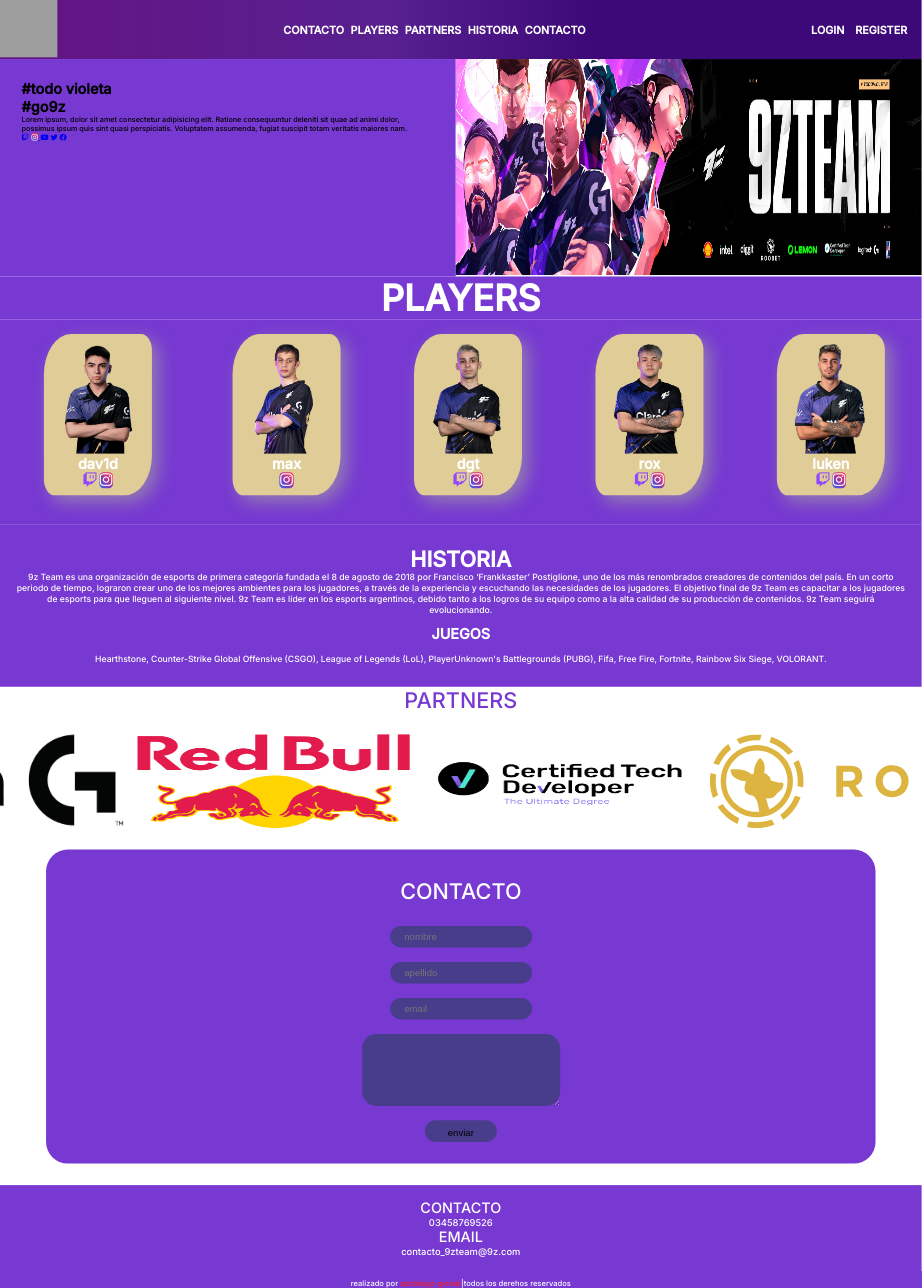
Repository: santig20/trabajo-practico-integrador-nuncba-html-css-
Page: index.html
The author's editor kept a copy of each file at every save. The page is drawn from the files as they stood at one save, then again after the next save.
The browser window is 1280 px wide. The pictures show the whole page, at 72% of full size.
Pictures or frames that could not be fetched are drawn as grey boxes. Some web libraries are served in a nearby version.

Above is the page before, as saved 2022-06-25 10:03:06.

### index.html
<!DOCTYPE html>
<html lang="es">
  <head>
    <meta charset="UTF-8" />
    <meta http-equiv="X-UA-Compatible" content="IE=edge" />
    <meta name="viewport" content="width=device-width, initial-scale=1.0" />
    <link rel="stylesheet" href="./style.css" />
    <link rel="shortcut icon" href="./assets/9zteam_logo - copia.ico" type="image/x-icon">
    <link
    rel="stylesheet"
    href="./table.css"
    media="screen and (min-width: 600px)"
  />
  <link
    rel="stylesheet"
    href="./desktop.css"
    media="screen and (min-width: 800px)"
  />
    <link rel="stylesheet" href="path/to/font-awesome/css/font-awesome.min.css">
    <link rel="stylesheet" href="https://use.fontawesome.com/releases/v5.0.7/css/all.css">
    <link rel="stylesheet" href="https://cdnjs.cloudflare.com/ajax/libs/font-awesome/6.1.1/css/all.min.css" integrity="sha512-KfkfwYDsLkIlwQp6LFnl8zNdLGxu9YAA1QvwINks4PhcElQSvqcyVLLD9aMhXd13uQjoXtEKNosOWaZqXgel0g==" crossorigin="anonymous" referrerpolicy="no-referrer" class="__web-inspector-hide-shortcut__">
    <link rel="preconnect" href="https://fonts.googleapis.com">
<link rel="preconnect" href="https://fonts.gstatic.com" crossorigin>
<link href="https://fonts.googleapis.com/css2?family=Inter:wght@300;500&family=Work+Sans:wght@400;500;700&display=swap" rel="stylesheet">
    <title>9Z TEAM</title>
  </head>
  <body>
    <!--👉 Debe contener un navbar que navegue las diversas secciones de la web.
    👉 Debe contener una portada alusiva a la temática de nuestra app.
    👉 Una sección de imágenes.
    👉 Una sección de contacto.
    👉 Un footer.
    👉 Una página para loguearse.
    👉 Una página para registrarse.
    👉 Ser responsive.
    👉 Estar deployado en vercel.  -->

    <header>
      <div class="img_header">
        <img src="./assets/9zteam_logo.png" alt="" />
      </div>
      <nav>
        <div class="navmain" id="menu" >
          <ul>
            <li> <a href="">contacto</a></li>
            <li><a href=""> Players</a></li>
            <li><a href="">Partners</a></li>
            <li><a href="">historia</a></li>
            <li><a href="">contacto</a></li>
          </ul>
        </div>
           </nav>
        <div class="registro_container">
          <ul>
          <li><a href="./registro.html">login </a></li>
         <li><a href="./registro.html">register </a></li>
        </ul>
        </div>


    </header>

    <main>
      <section class="hero_section">
        <div class="texto_hero">
          <h1>#todo violeta</h1>
          <h2>#go9z</h2>
          <p>
            Lorem ipsum, dolor sit amet consectetur adipisicing elit. Ratione
            consequuntur deleniti sit quae ad animi dolor, possimus ipsum quis
            sint quasi perspiciatis. Voluptatem assumenda, fugiat suscipit totam
            veritatis maiores nam.
          </p>
          <div class="redes">
            <a href="https://www.twitch.tv/9zteam"><i class="fa-brands fa-twitch" target="_blank" ></i></a>
            <a href="https://www.instagram.com/9zteam/?hl=es-la"  target="_blank"><i class="fa-brands fa-instagram" id="instagram"></i> </a>
<a href="https://www.youtube.com/c/9zTeam"><i class="fa-brands fa-youtube"></i></a>
<a href="https://twitter.com/9zTeam"><i class="fa-brands fa-twitter"></i></a>
<a href="https://www.facebook.com/9zteam"> <i class="fa-brands fa-facebook"></i></a>
          </div>
        </div>
        <div class="img_hero">
          <img src="./assets/fondo9z.jpg" alt="" />
        </div>


      </section>
      <section class="players">
        <div class="texto_players">
             <span>
              players
             </span>
          </div>
        <div class="player_container">

 <div class="player_david">
  <img src="./assets/david.png" alt="">
  <p>dav1d</p>
  <a href="https://www.twitch.tv/dav1dcs1"><i class="fa-brands fa-twitch" target="_blank" ></i></a>
  <a href="https://www.instagram.com/dav1dcs1/"  target="_blank"><i class="fa-brands fa-instagram" id="instagram"></i> </a>
     </div>
 <div class="player_max">
<img src="./assets/max.png" alt="">
<p>
    max
</p>
<a href="https://www.instagram.com/maxgzez/"  target="_blank"><i class="fa-brands fa-instagram " id="instagram"></i> </a>

 </div>
 <div class="player_dgt">
<img src="./assets/dgt.png" alt="">
<p>
    dgt
</p>
<a href="https://www.twitch.tv/dgtcsgo"><i class="fa-brands fa-twitch" target="_blank" ></i></a>
<a href="https://www.instagram.com/franmanu_/"  target="_blank"><i class="fa-brands fa-instagram" id="instagram"></i> </a>

 </div>
 <div class="player_rox">
<img src="./assets/rox.png" alt="">
<p>
    rox
</p>
<a href="https://www.twitch.tv/roxcsgo1"><i class="fa-brands fa-twitch" target="_blank" ></i></a>
<a href="https://www.instagram.com/_molinamartin"  target="_blank"><i class="fa-brands fa-instagram " id="instagram"></i> </a>

 </div>
 <div class="player_luken">

<img src="./assets/luken.png" alt="">

 <p>luken</p>
<a href="https://www.twitch.tv/luken"><i class="fa-brands fa-twitch" target="_blank" ></i></a>
<a href="https://www.instagram.com/lucanadotti/"  target="_blank"><i class="fa-brands fa-instagram" id="instagram"></i> </a>

 </div>

        </div>

      </section>
      <section class="history">
        <div class="historia_content">
<h3>
    historia
</h3>
 <p>
    9z Team es una organización de esports de primera categoría fundada el 8 de agosto de 2018 por Francisco ‘Frankkaster’ Postiglione, uno de los más renombrados creadores de contenidos del país. En un corto periodo de tiempo, lograron crear uno de los mejores ambientes para los jugadores, a través de la experiencia y escuchando las necesidades de los jugadores. El objetivo final de 9z Team es capacitar a los jugadores de esports para que lleguen al siguiente nivel. 9z Team es líder en los esports argentinos, debido tanto a los logros de su equipo como a la alta calidad de su producción de contenidos. 9z Team seguirá evolucionando.
 </p>

               <h4>juegos </h4>
               <p>Hearthstone, Counter-Strike Global Offensive (CSGO), League of Legends (LoL), PlayerUnknown's Battlegrounds (PUBG), Fifa, Free Fire, Fortnite, Rainbow Six Siege, VOLORANT.</p>
</div>
      </section>
      <section class="partners">
       <p> partners</p>
<div class="fotos">
  <figure>
    <img src="./assets/images-removebg-preview.png" alt="">
    <img src="./assets/lemon.png" alt="">
    <img src="./assets/logitech-removebg-preview.png" alt="">
    <img src="./assets/red-bull-logo-2-1-removebg-preview.png" alt="">
    <img src="./assets/CTD-removebg-preview.png" alt="">
    <img src="./assets/roobet.svg" alt="">
    <img src="./assets/289-removebg-preview.png" alt="">
    <img src="./assets/Logo-Shell-removebg-preview.png" alt="">
    <img src="./assets/images-removebg-preview.png" alt="">
    </figure>
</div>
      </section>
      <section class="contacto">

    <p>
      contacto
    </p>
<form class="contacto_container"action="">
  <input type="text" placeholder="nombre">
  <input type="text" placeholder="apellido">
  <input type="text" placeholder="email">
  <textarea name="" id="" cols="30" rows="10"></textarea>
 <button type="submit"> enviar</button>
</form>


      </section>
    </main>

    <footer>
      <div class="footer_text">
     <span>
      contacto
     </span>
     <p>
      03458769526
     </p>
     <span>
      email
     </span>
     <p>
      contacto_9zteam@9z.com
     </p>
      </div>
     <p class="programador">
      realizado por  <a href="https://www.instagram.com/santigrenat/"> santiango grenat</a>|todos los derehos reservados
     </p>
    </footer>

  </body>
</html>

### style.css
* {
    padding: 0;
    margin: 0;
    box-sizing: border-box;
}
html {
    font-size: 62.5%;
    list-style: none;
    text-decoration: none;
    font-family: 'inter';

}

 /* inico header*/
header {
    display: flex;
    background: rgb(99,21,133);
    background: linear-gradient(90deg, rgba(99,21,133,1) 6%, rgba(88,32,144,1) 42%, rgba(61,9,121,1) 64%);
    height: 100%;
 justify-content: space-between;
align-items: center;
}
.img_header img{

    height: 8rem;
    width: 8rem;
}
.navmain{
 display: none;
}

.registro_container ul {
 display: flex;
font-size:2rem;
gap:1.5rem;
padding-right: 2rem;


}
.registro_container ul li{
    list-style: none;

}
.registro_container ul li a{
  text-decoration: none;
    text-transform: uppercase;
    color: white;
    font-weight: 600;

}
.registro_container ul li  :hover {
    background-color: #7739d2;
    padding:.4rem;
    border-radius: 1rem;
    cursor: pointer;
}

/*hero section*/

.texto_hero {
    display: none;
}
.img_hero img {
 width:100%;
}

/*player section */
.player_container{
    display: flex;
    flex-direction:column ;
    justify-content: center;
    align-items: center;
    text-align: center;
    background: #7739d2;
}
.texto_players{
    background-color: #7739d2;
    text-align: center;
}
.texto_players span {
     font-size: 5rem;
     font-weight: 700;
     text-transform: uppercase;
     color: white;
    padding: 2rem 0;


}
.player_container p {
    font-size: 2rem;
    font-weight: 700;
    color: white;
}

.player_container img{
    width: 15rem;
}

.player_david {
    background-color: #dfcc97;
    padding: 1rem 0;
    margin: 2rem 0;
    border-radius: 25% 10%;
    box-shadow: 9px 9px 24px 0px rgba(161,161,161,0.66);
-webkit-box-shadow: 9px 9px 24px 0px rgba(161,161,161,0.66);
-moz-box-shadow: 9px 9px 24px 0px rgba(161,161,161,0.66);
}

.player_david  :hover {
    transform: scale(1.1);
    text-transform: uppercase;
}
.player_david i {
    font-size: 2rem;
    color: #9147ff;
}

#instagram {
   color:white;
    background:linear-gradient(45deg, #405de6, #5851db, #833ab4, #c13584, #e1306c, #fd1d1d);
padding: .1rem;
border-radius: .6rem;
}

.player_max{
    background-color: #dfcc97;
    padding: 1rem 0;
    margin: 2rem 0;
    border-radius: 25% 10%;
    box-shadow: 9px 9px 24px 0px rgba(161,161,161,0.66);
-webkit-box-shadow: 9px 9px 24px 0px rgba(161,161,161,0.66);
-moz-box-shadow: 9px 9px 24px 0px rgba(161,161,161,0.66);
}
.player_max :hover {
    transform: scale(1.1);
    text-transform: uppercase;
}
.player_max i {
    font-size: 2rem;

}


.player_dgt{
    background-color: #dfcc97;
    padding: 1rem 0;
    margin: 2rem 0;
    border-radius: 25% 10%;
    box-shadow: 9px 9px 24px 0px rgba(161,161,161,0.66);
-webkit-box-shadow: 9px 9px 24px 0px rgba(161,161,161,0.66);
-moz-box-shadow: 9px 9px 24px 0px rgba(161,161,161,0.66);
}
.player_dgt :hover {
    transform: scale(1.1);
    text-transform: uppercase;
}
.player_dgt i {
    font-size: 2rem;
    color: #9147ff;
}

.player_rox{
    background-color: #dfcc97;
    padding: 1rem 0;
    margin: 2rem 0;
    border-radius: 25% 10%;
    box-shadow: 9px 9px 24px 0px rgba(161,161,161,0.66);
-webkit-box-shadow: 9px 9px 24px 0px rgba(161,161,161,0.66);
-moz-box-shadow: 9px 9px 24px 0px rgba(161,161,161,0.66);
}
.player_rox i {
    font-size: 2rem;
    color: #9147ff;
}

.player_rox  :hover {
    transform: scale(1.1);
    text-transform: uppercase;
}




.player_luken{
    background-color: #dfcc97;
    padding: 1rem 0;
    margin: 2rem 0;
    border-radius: 25% 10%;
    box-shadow: 9px 9px 24px 0px rgba(161,161,161,0.66);
-webkit-box-shadow: 9px 9px 24px 0px rgba(161,161,161,0.66);
-moz-box-shadow: 9px 9px 24px 0px rgba(161,161,161,0.66);
}
.player_luken  :hover {
    transform: scale(1.1);
    text-transform: uppercase;
}
.player_luken i {
    font-size: 2rem;
    color: #9147ff;
}

/* section historia   */

.historia_content {
    display: flex ;
    flex-direction: column;
    justify-content: center;
    align-items: center;
    text-align: center;
    padding: 3rem  2rem;
    background-color:#7739d2 ;
}
.historia_content h3 {
    font-size: 3rem;
  font-weight: 700;
  color: white;
  text-transform: uppercase;
}
.historia_content h4 {
    font-size: 2rem;
  font-weight: 700;
  color: white;
  text-transform: uppercase;
  padding: 1.5rem 0;
}
.historia_content p{
font-size: 1.2rem;
color: white;

}



/* partners section */
.partners p {
text-align: center;
font-size: 3rem;
text-transform: uppercase;

color: #7739d2;
border-top: 0.1rem solid;
}
.fotos{
    overflow: hidden;
    margin:2rem 0;
}
.fotos figure {
    display: flex;
    position:relative ;
    left: 0;
    animation: 20s fotos infinite alternate  ;
    width:300%;
  height: 15rem;


}

.fotos figure img {
    width: 14.3%;
  padding:1rem 0 ;

  margin: 0 1rem;
}

@keyframes fotos {
    0%{
        left: -25;
    }

    5%{
        left: -25;
    }

   14.3%{
        left: -50;
    }
    21.5% {
        left: -50%;
    }

   28.6%{
       left: -100%;
    }

    35.75%{
        left: -100%;
    }

    42.9%{
        left:-150%;
    }

   50.05% {
        left : -150%;
    }

   57.2% {
        left: -200%;
    }
  64.35% {
        left: -200%;
    }
  71.5% {
        left: -250%;
    }

    78.65% {
        left: -250%;
    }

   85.8% {
        left: -300%;
    }

   92.9% {
        left: -300%;
    }
    100% {
        left: -300%;
    }

}
/*section contacto*/
.contacto {
    background-color: #7739d2;
    padding: 2rem 0;
    border-radius: 3rem;
    width: 90%;
    margin: 0 auto;
}


.contacto  p {
    font-size: 3rem;
   text-align: center;
 text-transform: uppercase;
 margin: 2rem 0;
 color :white;
}
.contacto_container  {
     display: flex;
     flex-direction: column;
     justify-content: center;
     align-content: center;
     align-items: center;

}
.contacto_container input {
    height: 3rem;
    border-style: none;
    margin:1rem 0;
    border-radius: 2rem;
    padding-left: 2rem;
    background-color: darkslateblue;

}
.contacto_container textarea {
    height:10rem;
    border-style: none;
    margin:1rem 0;
    border-radius: 2rem;
    padding: 1rem;
    background-color: darkslateblue;
}
.contacto_container button {
      width: 10rem;
      height: 3rem;
      border-style: none;
    margin:1rem 0;
    border-radius: 2rem;
    padding: 1rem;
    background-color: darkslateblue;
}
.contacto_container button :hover {
    background-color: rgb(61, 40, 193);
}
/*section  footer*/
footer {
padding-top: 2rem;
    text-align: center;
    margin-top: 3rem;
    width: 100%;
 background-color: #7739d2;
}

.footer_text p {
color :white;
font-size: 1.3rem;
}
.footer_text span {
    color :white;
    font-size: 2rem;
    text-transform: uppercase;
    }

    .programador{
        color:white;
        padding-top: 3rem;
        font-size: 1.05rem;
    }
    .programador a {
        color: #fd1d1d;
        text-decoration: none;
    }

### table.css

header {
  justify-content: space-between;
}



.navmain {

    display: flex;
}
.navmain ul {

    display: flex;
    font-size:1.3rem;
gap:.9rem;
}
.navmain ul li {
list-style: none;
}
.navmain ul li a{
    text-decoration: none;
    text-transform: uppercase;
    color: white;
    font-weight: 600;

}
.navmain ul li   :hover {
    background-color: #7739d2;
    padding:.4rem;
    border-radius: 1rem;
    cursor: pointer;
}

.registro_container ul {

   font-size:1.3rem;

   }

   .player_container {

   flex-direction: row;
   justify-content: space-around;
  flex-wrap: wrap;
padding-bottom: 2rem;
   }
   .player_david {
    margin: 0 1rem;
   }


   .fotos figure img {
    width: 25%;

}

@keyframes fotos {
    0%{
        left: -25;
    }

    5%{
        left: -25;
    }

   14.3%{
        left: -50;
    }
    21.5% {
        left: -50%;
    }

   28.6%{
       left: -100%;
    }

    35.75%{
        left: -100%;
    }

    42.9%{
        left:-150%;
    }

   50.05% {
        left : -150%;
    }

   57.2% {
        left: -200%;
    }
  64.35% {
        left: -200%;
    }
  71.5% {
        left: -250%;
    }

    78.65% {
        left: -250%;
    }

   85.8% {
        left: -300%;
    }

   92.9% {
        left: -300%;
    }
    100% {
        left: -300%;
    }
}

### desktop.css
.registro_container ul {

    font-size:1.5rem;

    }

    .navmain ul {

        display: flex;
        font-size:1.5rem;
    gap:.9rem;
    }

    .hero_section {
        display: flex;
    }

    .texto_hero {
        display: flex;
        flex-direction: column;
        padding:   3rem;
        background-color:#7739d2 ;

    }
    .texto_hero h1{
        font-size: 2rem
    }

    .texto_hero h2 {
        font-size: 2rem
    }

    .img_hero img{
      height: 30rem;
    }

After the next save:
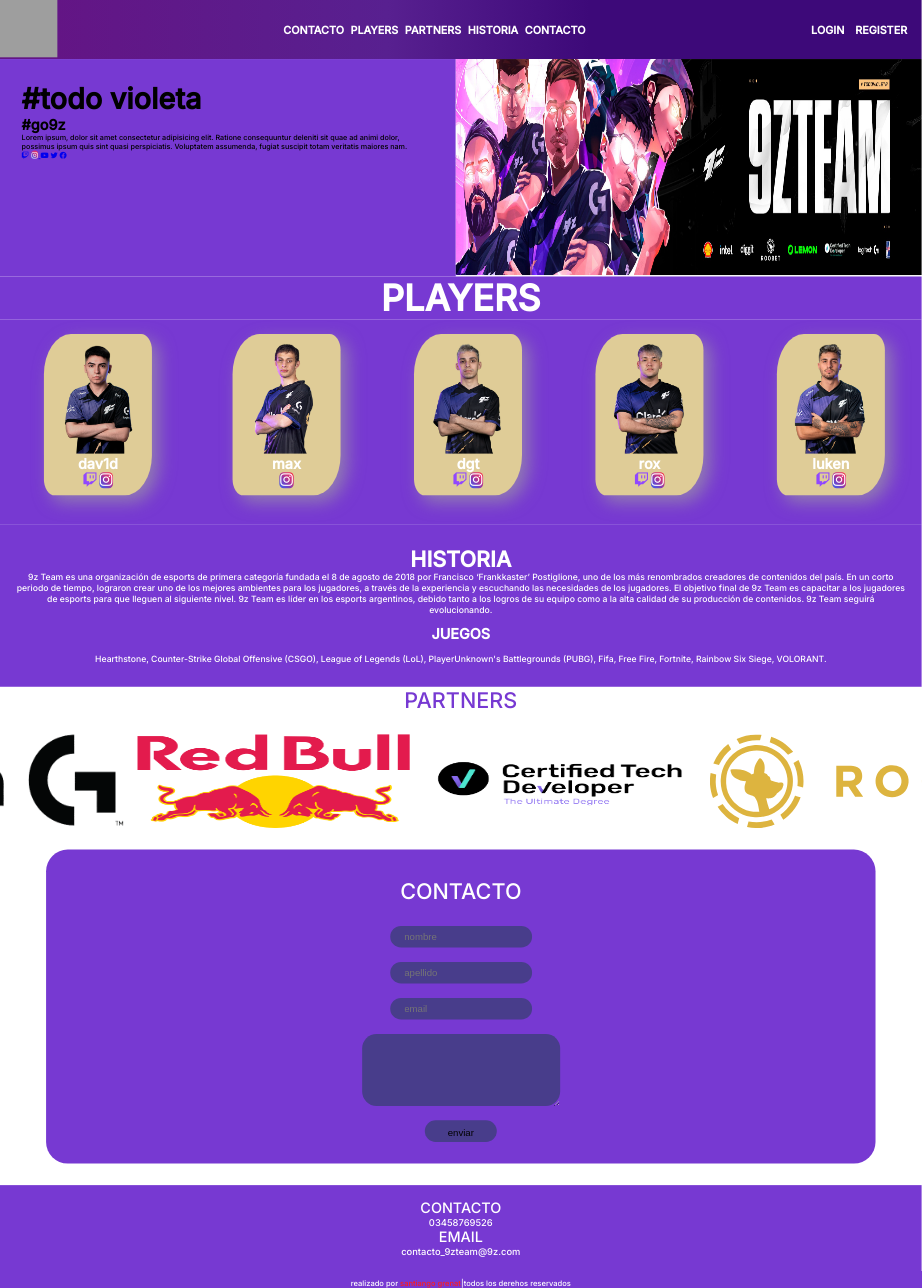
Saved 4 min 31 s later.
--- a/desktop.css
+++ b/desktop.css
@@ -23,7 +23,7 @@
 
     }
     .texto_hero h1{
-        font-size: 2rem
+        font-size: 4rem
     }
 
     .texto_hero h2 {
